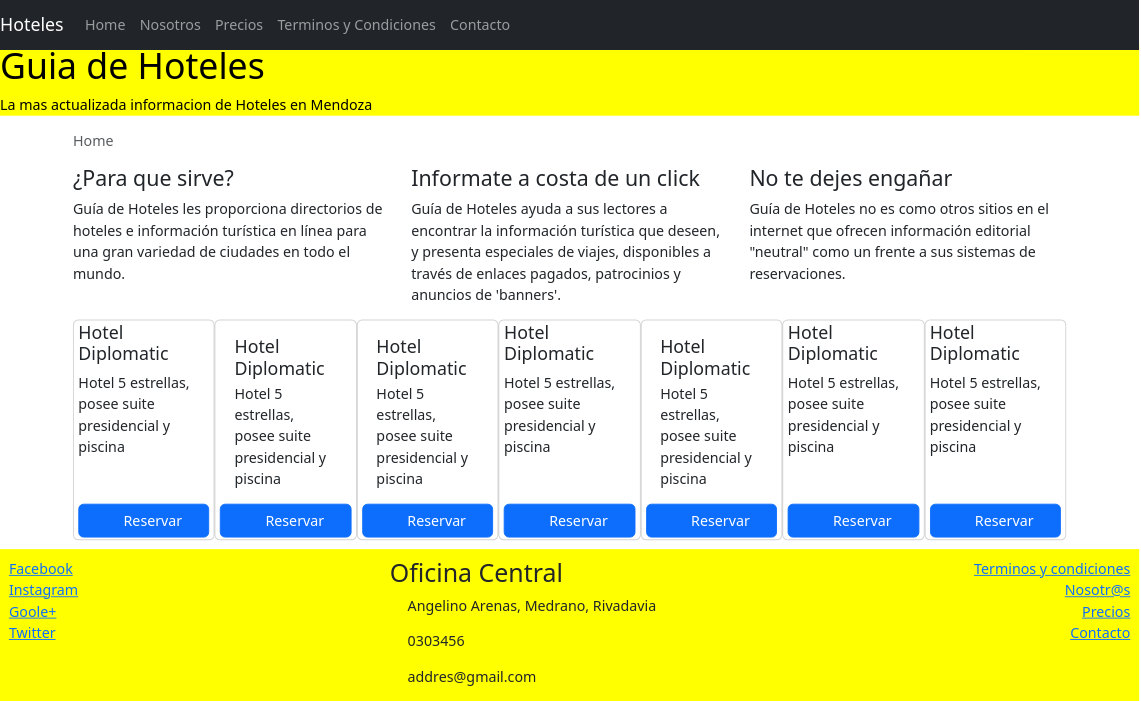
Repository: JulianMoralesSantoni/PaginaHoteles
Page: index.html
These files come from the project's save history. The page is drawn as it stood at one moment and after the next save; the edit follows.
The browser window is 1280 px wide. The page is 1282 px wide, so the pictures cover 1282 px, including what lies to the right of the window. The pictures show the whole page, at 89% of full size.
Some web fonts or font styles are not loaded; a fallback is used. Some web libraries are served in a nearby version.

Above is the page before, as saved 2021-03-30 01:14:06.

### index.html
<!doctype html>
<html lang="en">
  <head>
    <!-- Required meta tags -->
    <meta charset="utf-8">
    <meta name="viewport" content="width=device-width, initial-scale=1, shrink-to-fit=no">

    <!-- Bootstrap CSS -->
    <link rel="stylesheet" href="node_modules/bootstrap/dist/css/bootstrap.min.css" >
    <link rel="stylesheet" href="css/main.css" >
    <link rel="stylesheet" href="node_modules/open-iconic/font/css/open-iconic-bootstrap.min.css" >

    <title>Guia de Hoteles</title>
  </head>
  <body>
    <nav class="navbar navbar-expand-md navbar-dark bg-dark fixed-top" >
      <a class="navbar-brand" href="./index.html">Hoteles</a>
      <button class="navbar-toggler" type="button" data-toggle="collapse" data-target="#navbarNav" aria-controls="navbarNav" aria-expanded="false" aria-label="Toggle navigation">
        <span class="navbar-toggler-icon"></span>
      </button>
      <div class="collapse navbar-collapse" id="navbarNav">
        <ul class="navbar-nav">
          <li class="nav-item active">
            <a class="nav-link" href="./index.html">Home </a>
          </li>
          <li class="nav-item">
            <a class="nav-link" href="./about.html">Nosotros</a>
          </li>
          <li class="nav-item">
            <a class="nav-link" href="./Precios.html">Precios</a>
          </li>
          <li class="nav-item">
            <a class="nav-link" href="#">Terminos y Condiciones</a>
          </li>
          <li class="nav-item">
            <a class="nav-link" href="./contacto.html">Contacto</a>
          </li>
        </ul>
      </div>
    </nav>
    <div class="jumbotron">
      <h1>Guia de Hoteles</h1>

      <p>La mas actualizada informacion de Hoteles en Mendoza</p>
    </div>

    <div class="container">
      <nav aria-label="breadcrumb">
        <ol class="breadcrumb">
          <li class="breadcrumb-item active" aria-current="page">Home</li>
        </ol>
      </nav>


       <div class="row">
          <div class="col-sm-4 ">
            <h4>¿Para que sirve?</h4>
                  <p>Guía de Hoteles les proporciona directorios de hoteles e información turística en línea para una gran variedad de ciudades en todo el mundo.</p>
          </div>
          <div class="col-sm-4 ">
            <h4>Informate a costa de un click</h4>
                  <p>Guía de Hoteles ayuda a sus lectores a encontrar la información turística que deseen, y presenta especiales de viajes, disponibles a través de enlaces pagados, patrocinios y anuncios de 'banners'.</p>
          </div>
          <div class="col-sm-4 ">
            <h4>No te dejes engañar</h4>

                  <p>Guía de Hoteles no es como otros sitios en el internet que ofrecen información editorial "neutral" como un frente a sus sistemas de reservaciones.</p>
          </div>



    <div class="d-flex flex-wrap flex-row-reverse">
       <div class=" card card-hotel d-flex flex-column justify-content-between ">
           <div>
             <h5>Hotel Diplomatic</h5>
              <p>Hotel 5 estrellas, posee suite presidencial y piscina</p></div>
              <div><button class="btn btn-primary  btn-reserva"><span class="oi oi-plus footer-address-icon" ></span>Reservar</button></div>
            </div>


    <div class="card card-hotel d-flex flex-column justify-content-between">
      <div> <h5>Hotel Diplomatic</h5>
              <p>Hotel 5 estrellas, posee suite presidencial y piscina</p></div>
              <div><button class="btn btn-primary btn-reserva"><span class="oi oi-plus footer-address-icon" ></span>Reservar</button></div>


    </div>

    <div class="card card-hotel d-flex flex-column justify-content-between ml-2">

      <div class="card-body">
               <h5 class="card-title">Hotel Diplomatic</h5>
               <h6 class="card-subtitle"></h6>
                <p class="card-text">Hotel 5 estrellas, posee suite presidencial y piscina</p></div>
                <div><button class="btn btn-primary  btn-reserva"><span class="oi oi-plus footer-address-icon" ></span>Reservar</button></div>
              </div>

    <div class="card card-hotel d-flex flex-column justify-content-between">
       <div><h5>Hotel Diplomatic</h5>
              <p>Hotel 5 estrellas, posee suite presidencial y piscina</p></div>
              <div><button class="btn btn-primary btn-reserva"><span class="oi oi-plus footer-address-icon" ></span>Reservar</button></div>

    </div>

    <div class="card card-hotel d-flex flex-column justify-content-between ml-2">

      <div class="card-body">
               <h5 class="card-title">Hotel Diplomatic</h5>
               <h6 class="card-subtitle"></h6>
                <p class="card-text">Hotel 5 estrellas, posee suite presidencial y piscina</p></div>
                <div><button class="btn btn-primary  btn-reserva"><span class="oi oi-plus footer-address-icon" ></span>Reservar</button></div>
              </div>

  <div class="card card-hotel d-flex flex-column justify-content-between ml-2">

    <div class="card-body">
             <h5 class="card-title">Hotel Diplomatic</h5>
             <h6 class="card-subtitle"></h6>
              <p class="card-text">Hotel 5 estrellas, posee suite presidencial y piscina</p></div>
              <div><button class="btn btn-primary  btn-reserva"><span class="oi oi-plus footer-address-icon" ></span>Reservar</button></div>
            </div>
  <div class="card card-hotel d-flex flex-column justify-content-between">
           <div>
             <h5>Hotel Diplomatic</h5>
              <p>Hotel 5 estrellas, posee suite presidencial y piscina</p></div>
              <div><button class="btn btn-primary  btn-reserva"><span class="oi oi-plus footer-address-icon" ></span>Reservar</button></div>
            </div>




    </div>
  </div>
</div>

 <footer>
   <div class="row">
     <div class="col-sm-4 d-flex flex-column ">
      <a href="http:www.facebook.com"><span class="iconic iconic-social-facebook iconic-sm" title="social facebook" aria-hidden="true"></span>Facebook</a>
      <a href="http:www.instagram">Instagram</a>
      <a href="http:www.google.com">Goole+</a>
      <a href="http:www.Twitter.com"><span class="iconic iconic-social-twitter iconic-sm" title="social twitter" aria-hidden="true"></span>Twitter</a>
     </div>
   <div class="col-sm-4">
    <address>
      <h3>Oficina Central</h3>
      <p><span class="oi oi-home footer-address-icon" ></span>Angelino Arenas, Medrano, Rivadavia</p>
      <p><span class="oi oi-phone footer-address-icon" > </span>0303456</p>
      <p><span class="oi oi-inbox footer-address-icon" ></span>addres@gmail.com</p>


    </address>
  </div>
  <div class="col-sm-4 d-flex flex-column align-items-end">
     <a href="http:www.facebook.com">Terminos y condiciones</a>
      <a href="http:www.instagram">Nosotr@s</a>
      <a href="http:www.google.com">Precios</a>
      <a href="http:www.Twitter.com">Contacto</a>


  </div>


 </footer>


    <!-- Optional JavaScript -->
    <!-- jQuery first, then Popper.js, then Bootstrap JS -->
 <!--<script src="node_modules/jquery/dist/jquery.min.js" integrity="sha384-DfXdz2htPH0lsSSs5nCTpuj/zy4C+OGpamoFVy38MVBnE+IbbVYUew+OrCXaRkfj" crossorigin="anonymous"></script>
    <script src="node_modules/popper.js/dist/popper.min.js" integrity="sha384-9/reFTGAW83EW2RDu2S0VKaIzap3H66lZH81PoYlFhbGU+6BZp6G7niu735Sk7lN" crossorigin="anonymous"></script>
    <script src="node_modules/bootstrap/dist/js/bootstrap.min.js" integrity="sha384-B4gt1jrGC7Jh4AgTPSdUtOBvfO8shuf57BaghqFfPlYxofvL8/KUEfYiJOMMV+rV" crossorigin="anonymous"></script> -->
    <script src="https://code.jquery.com/jquery-3.5.1.slim.min.js" integrity="sha384-DfXdz2htPH0lsSSs5nCTpuj/zy4C+OGpamoFVy38MVBnE+IbbVYUew+OrCXaRkfj" crossorigin="anonymous"></script>
<script src="https://cdn.jsdelivr.net/npm/bootstrap@4.5.3/dist/js/bootstrap.bundle.min.js" integrity="sha384-ho+j7jyWK8fNQe+A12Hb8AhRq26LrZ/JpcUGGOn+Y7RsweNrtN/tE3MoK7ZeZDyx" crossorigin="anonymous"></script>
  </body>
</html>

### css/main.css
.jumbotron{

	background-color: yellow;
	color:black;
	margin-top: 50px;

}


footer{
	padding: 10px 10px 0 10px;
	background-color: yellow;

	margin-bottom: : 0px;
	margin-top: 10px;

}
.card-hotel{
	flex: 1 150px;
	padding: 2px 5px 2px 5px;

}
.btn-reserva{
	width: 100%;
	position: all;


}
.footer-address-icon{

	padding-right: 20px;
}

After the next save:
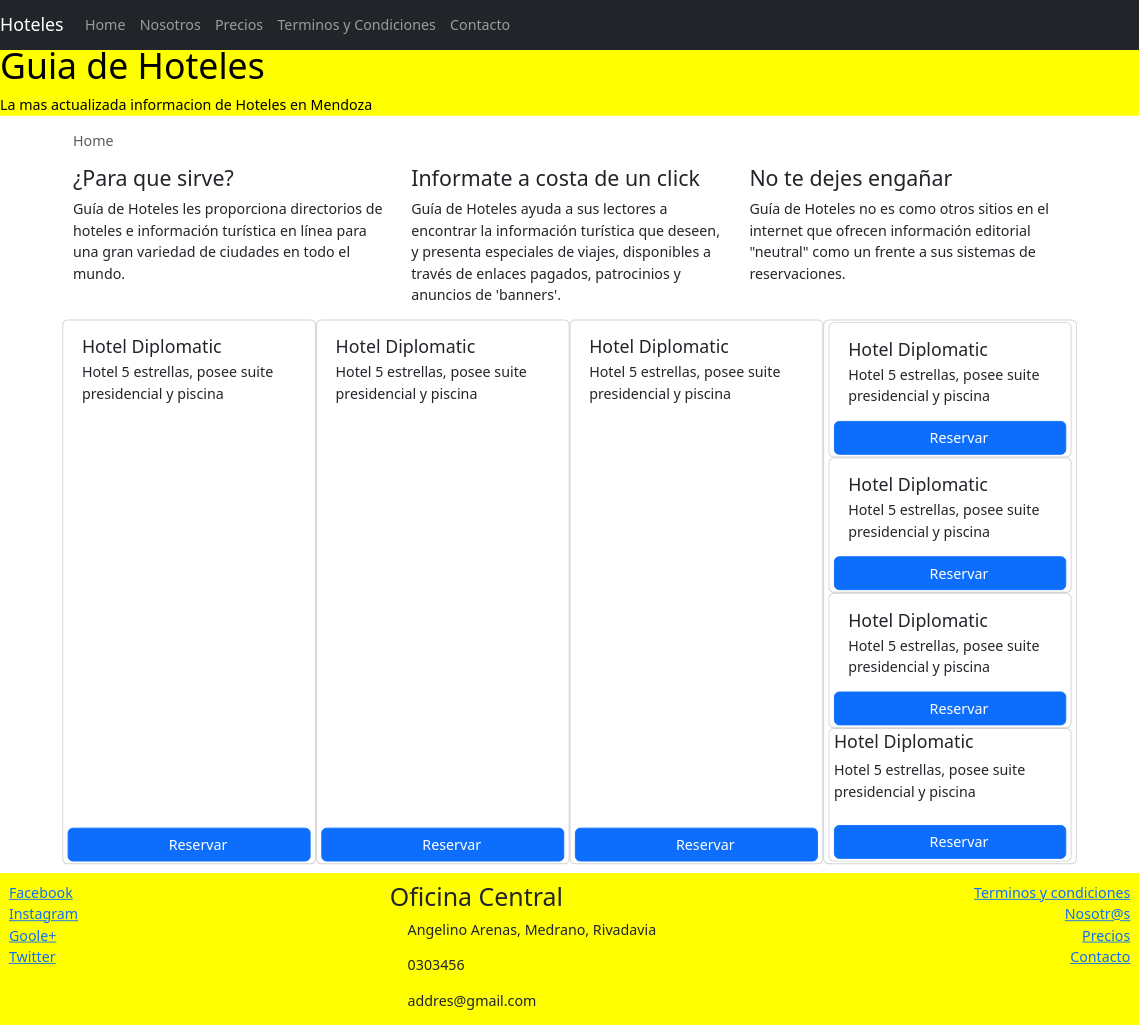
Saved 2 min 26 s later.
--- a/index.html
+++ b/index.html
@@ -69,22 +69,24 @@
 
 
 
-    <div class="d-flex flex-wrap flex-row-reverse">
-       <div class=" card card-hotel d-flex flex-column justify-content-between ">
-           <div>
-             <h5>Hotel Diplomatic</h5>
-              <p>Hotel 5 estrellas, posee suite presidencial y piscina</p></div>
-              <div><button class="btn btn-primary  btn-reserva"><span class="oi oi-plus footer-address-icon" ></span>Reservar</button></div>
-            </div>
+          <div class="card card-hotel d-flex flex-column justify-content-between ml-2">
+
+            <div class="card-body">
+                     <h5 class="card-title">Hotel Diplomatic</h5>
+                     <h6 class="card-subtitle"></h6>
+                      <p class="card-text">Hotel 5 estrellas, posee suite presidencial y piscina</p></div>
+                      <div><button class="btn btn-primary  btn-reserva"><span class="oi oi-plus footer-address-icon" ></span>Reservar</button></div>
+                    </div>
 
 
-    <div class="card card-hotel d-flex flex-column justify-content-between">
-      <div> <h5>Hotel Diplomatic</h5>
-              <p>Hotel 5 estrellas, posee suite presidencial y piscina</p></div>
-              <div><button class="btn btn-primary btn-reserva"><span class="oi oi-plus footer-address-icon" ></span>Reservar</button></div>
+           <div class="card card-hotel d-flex flex-column justify-content-between ml-2">
 
-
-    </div>
+              <div class="card-body">
+                <h5 class="card-title">Hotel Diplomatic</h5>
+                  <h6 class="card-subtitle"></h6>
+                      <p class="card-text">Hotel 5 estrellas, posee suite presidencial y piscina</p></div>
+                        <div><button class="btn btn-primary  btn-reserva"><span class="oi oi-plus footer-address-icon" ></span>Reservar</button></div>
+          </div>
 
     <div class="card card-hotel d-flex flex-column justify-content-between ml-2">
 
@@ -95,11 +97,15 @@
                 <div><button class="btn btn-primary  btn-reserva"><span class="oi oi-plus footer-address-icon" ></span>Reservar</button></div>
               </div>
 
-    <div class="card card-hotel d-flex flex-column justify-content-between">
-       <div><h5>Hotel Diplomatic</h5>
-              <p>Hotel 5 estrellas, posee suite presidencial y piscina</p></div>
-              <div><button class="btn btn-primary btn-reserva"><span class="oi oi-plus footer-address-icon" ></span>Reservar</button></div>
+              <div class="card card-hotel d-flex flex-column justify-content-between ml-2">
 
+     <div class="card card-hotel d-flex flex-column justify-content-between ml-2">
+
+      <div class="card-body">
+        <h5 class="card-title">Hotel Diplomatic</h5>
+          <h6 class="card-subtitle"></h6>
+            <p class="card-text">Hotel 5 estrellas, posee suite presidencial y piscina</p></div>
+              <div><button class="btn btn-primary  btn-reserva"><span class="oi oi-plus footer-address-icon" ></span>Reservar</button></div>
     </div>
 
     <div class="card card-hotel d-flex flex-column justify-content-between ml-2">
